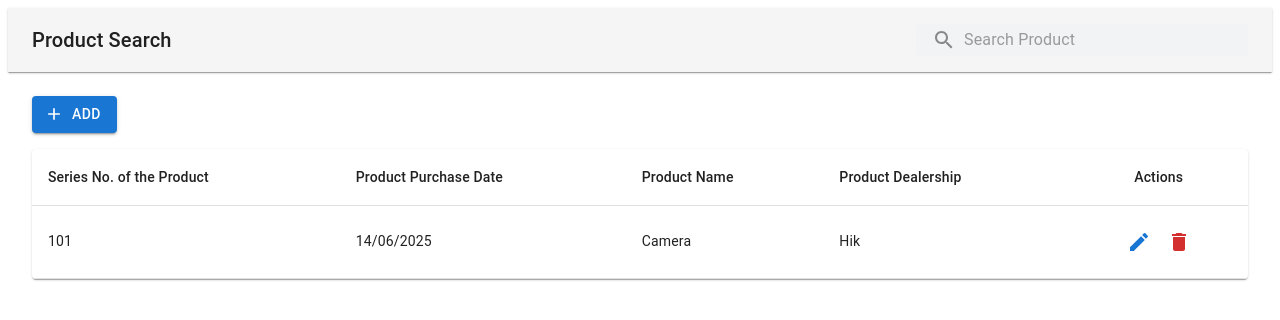
Repository: Sharathguru/Product_Task
Page: / (app in Frontend/)
These files come from the project's save history. The page is drawn as it stood at one moment and after the next save; the edit follows.
The browser window is 1280 px wide. The pictures show the whole page.
The project was rebuilt for these pictures with package versions that can differ from the ones it lists, and the page was loaded fresh each time. Requests to the local data server were answered from the project's data file. Also part of the build but not shown: Frontend/vite.config.js, Frontend/src/index.css, Frontend/src/Pages/Insert.jsx, Frontend/src/Pages/Update.jsx, Frontend/src/Pages/Delete.jsx.

Above is the page before, as saved 2025-06-13 15:10:19.

After the next save:
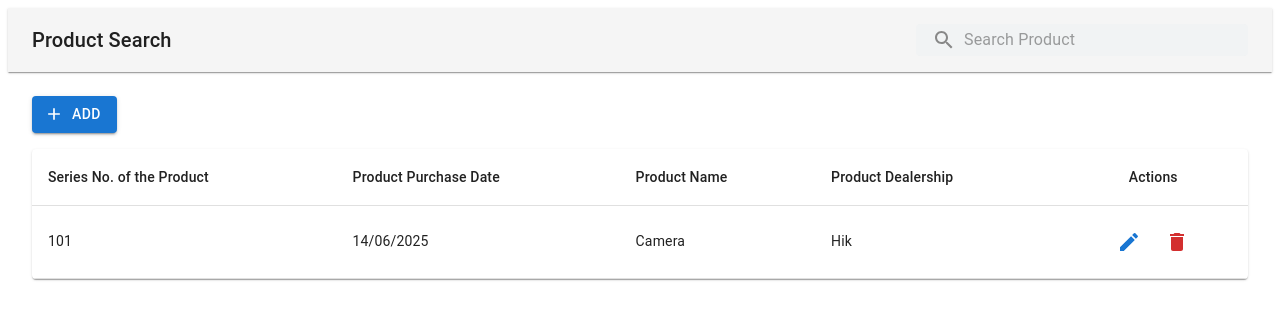
Saved 3 min 7 s later.
--- a/Frontend/src/Pages/Fetch.jsx
+++ b/Frontend/src/Pages/Fetch.jsx
@@ -17,6 +17,7 @@ import Box from "@mui/material/Box";
 import SearchIcon from "@mui/icons-material/Search";
 import Button from "@mui/material/Button";
 import { toast } from "react-toastify";
+import Stack from "@mui/material/Stack";
 
 const Fetch = ({ search }) => {
   const [products, setProducts] = React.useState([]);
@@ -118,18 +119,22 @@ const Fetch = ({ search }) => {
                 <TableCell>{item.Product_Name}</TableCell>
                 <TableCell>{item.Product_Dealership}</TableCell>
                 <TableCell align="center">
-                  <IconButton
-                    color="primary"
-                    onClick={() => handleEdit(item.Series_No)}
-                  >
-                    <EditIcon />
-                  </IconButton>
-                  <IconButton
-                    color="error"
-                    onClick={() => handleDelete(item.Series_No)}
-                  >
-                    <DeleteIcon />
-                  </IconButton>
+                  <Stack direction="row" spacing={1} justifyContent="center">
+                    <IconButton
+                      color="primary"
+                      onClick={() => handleEdit(item.Series_No)}
+                      aria-label="edit"
+                    >
+                      <EditIcon />
+                    </IconButton>
+                    <IconButton
+                      color="error"
+                      onClick={() => handleDelete(item.Series_No)}
+                      aria-label="delete"
+                    >
+                      <DeleteIcon />
+                    </IconButton>
+                  </Stack>
                 </TableCell>
               </TableRow>
             ))}
